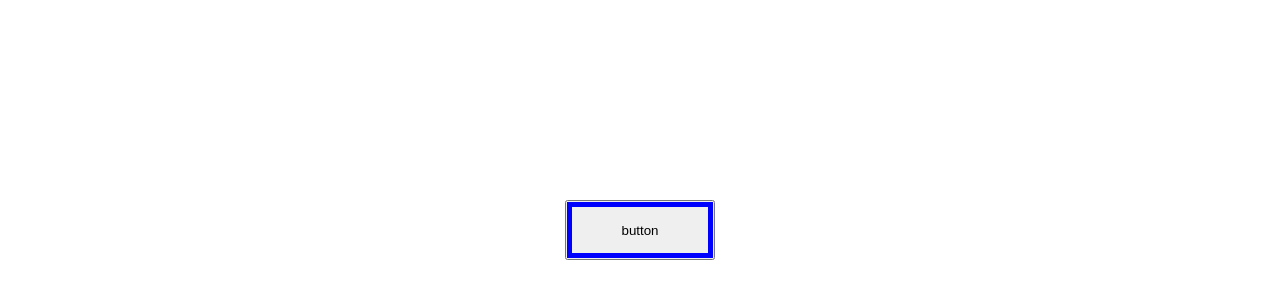
Repository: tung1233hhhhhhhhhhhhh/login-demo
Page: test.html
An editor plug-in stored every save of this project. The page is shown before and after the next save, followed by the edit.
The browser window is 1280 px wide. The pictures show the whole page.

Above is the page before, as saved 2023-02-14 17:35:33.

After the next save:
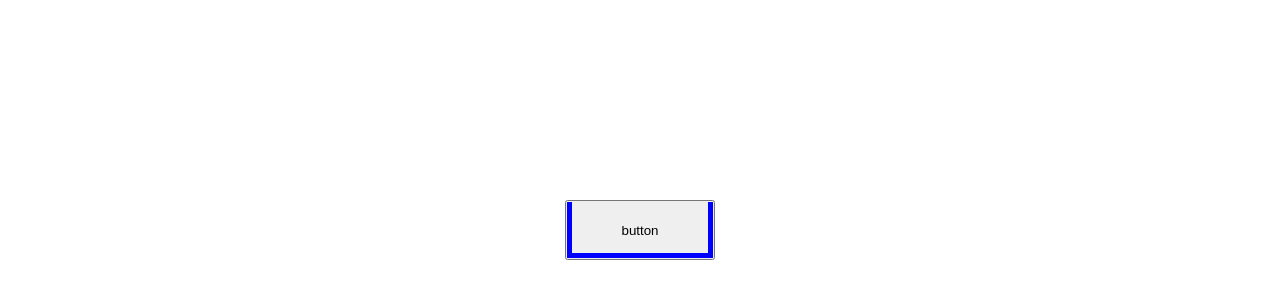
Saved 48 s later.
--- a/test.css
+++ b/test.css
@@ -14,7 +14,7 @@ button span:nth-child(1) {
     position: absolute;
     top: 0;
     left: 0;
-    width: 100%;
+    width: 0;
     height: 5px;
     transition: width .5s ease;
     background-color: blue;
@@ -49,3 +49,8 @@ button span:nth-child(4) {
     transition: height .5s ease;
     background-color: blue;
 }
+
+button:active:nth-child(1) {
+    width: 100%;
+
+}
